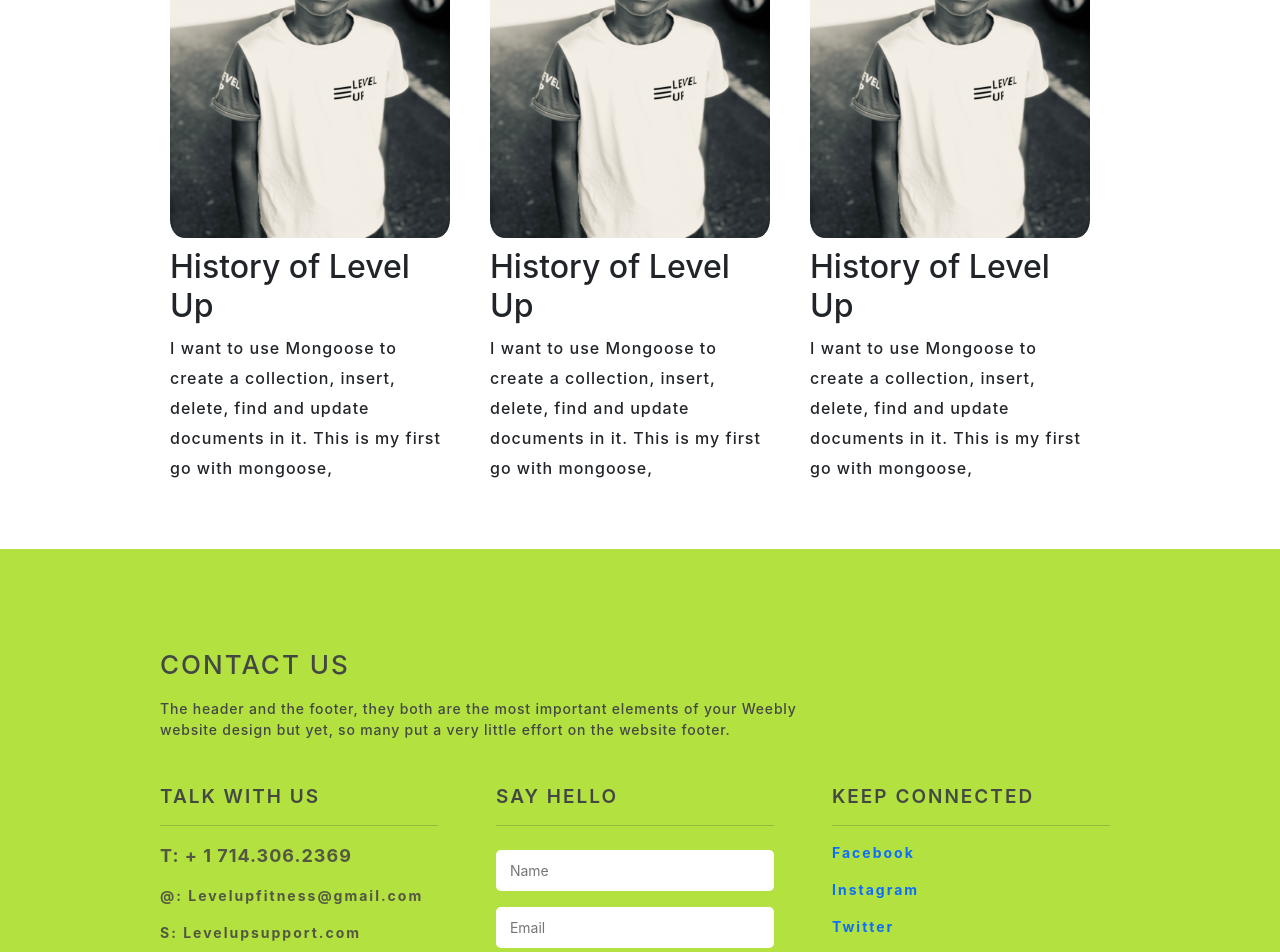
Repository: Bojurie/Level-up
Page: /about (app in client/)
These files come from the project's save history. The page is drawn as it stood at one moment and after the next save; the edit follows.
The browser window is 1280 px wide. The pictures show the part of the page from y = 615 to 1567 px (the page is 1921 px tall before and 1865 px after).
Some web fonts or font styles are not loaded; a fallback is used. Some web libraries are served in a nearby version. The project was rebuilt for these pictures with package versions that can differ from the ones it lists, and the page was loaded fresh each time. Also part of the build but not shown: client/src/components/Carousel.js, client/src/components/HomeVlog.css, client/src/components/HomeVlog.js, client/src/components/homeProducts.css, client/src/components/HomeProducts.js, client/src/components/Card.js, client/src/components/HomeShop.css, client/src/components/HomeShop.js and 10 more. Imported but missing from the stored project, and not drawn on this page: client/src/components/Chart.

Above is the page before, as saved 2022-11-30 16:08:28.

After the next save:
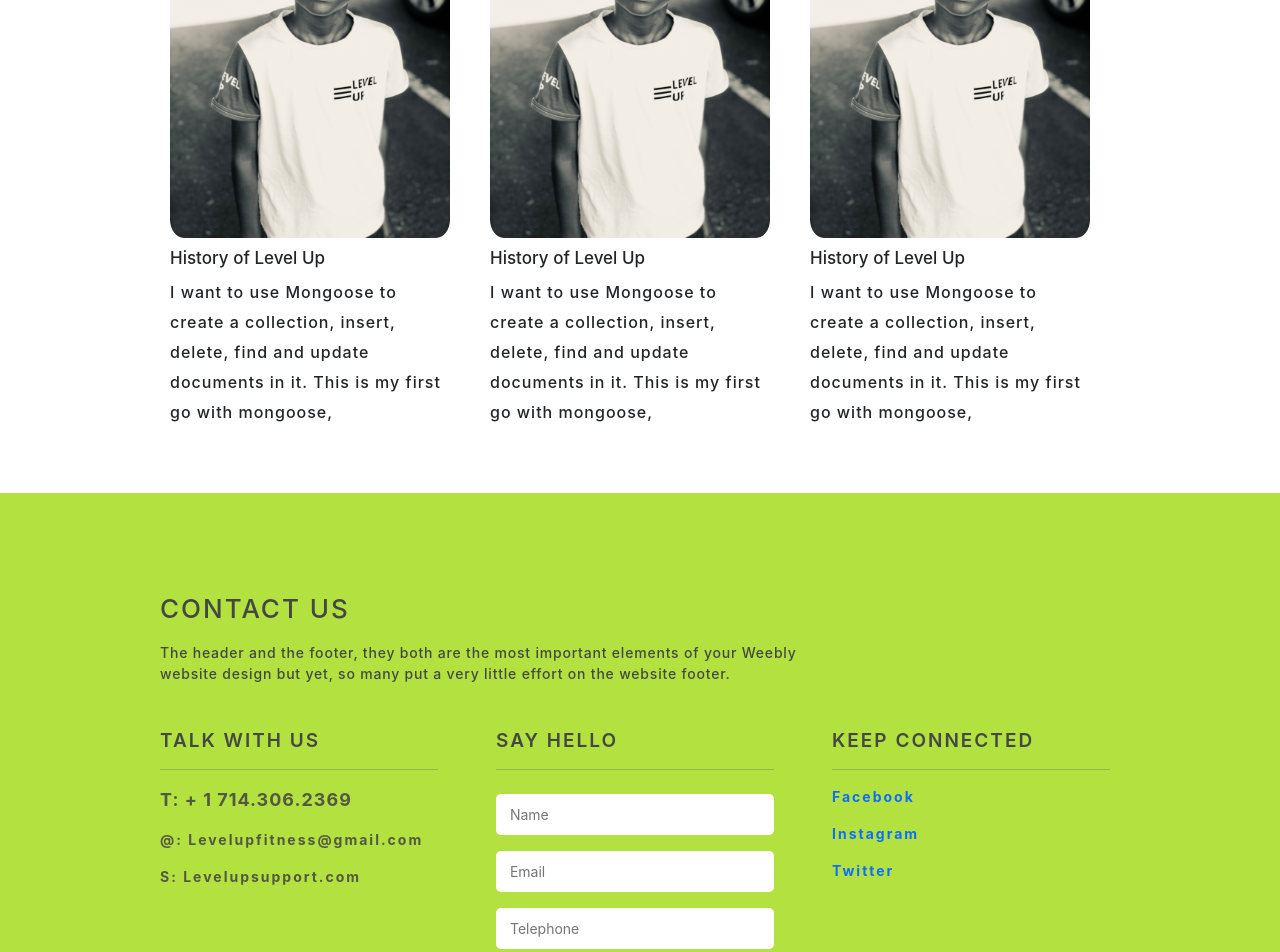
Saved 19 s later.
--- a/client/src/pages/About.css
+++ b/client/src/pages/About.css
@@ -40,6 +40,6 @@
 .history-content {
   padding: 10px 0;
 }
-.history-content h1{
+.history-content h2{
   font-size: 17px;
 }

After the save that followed:
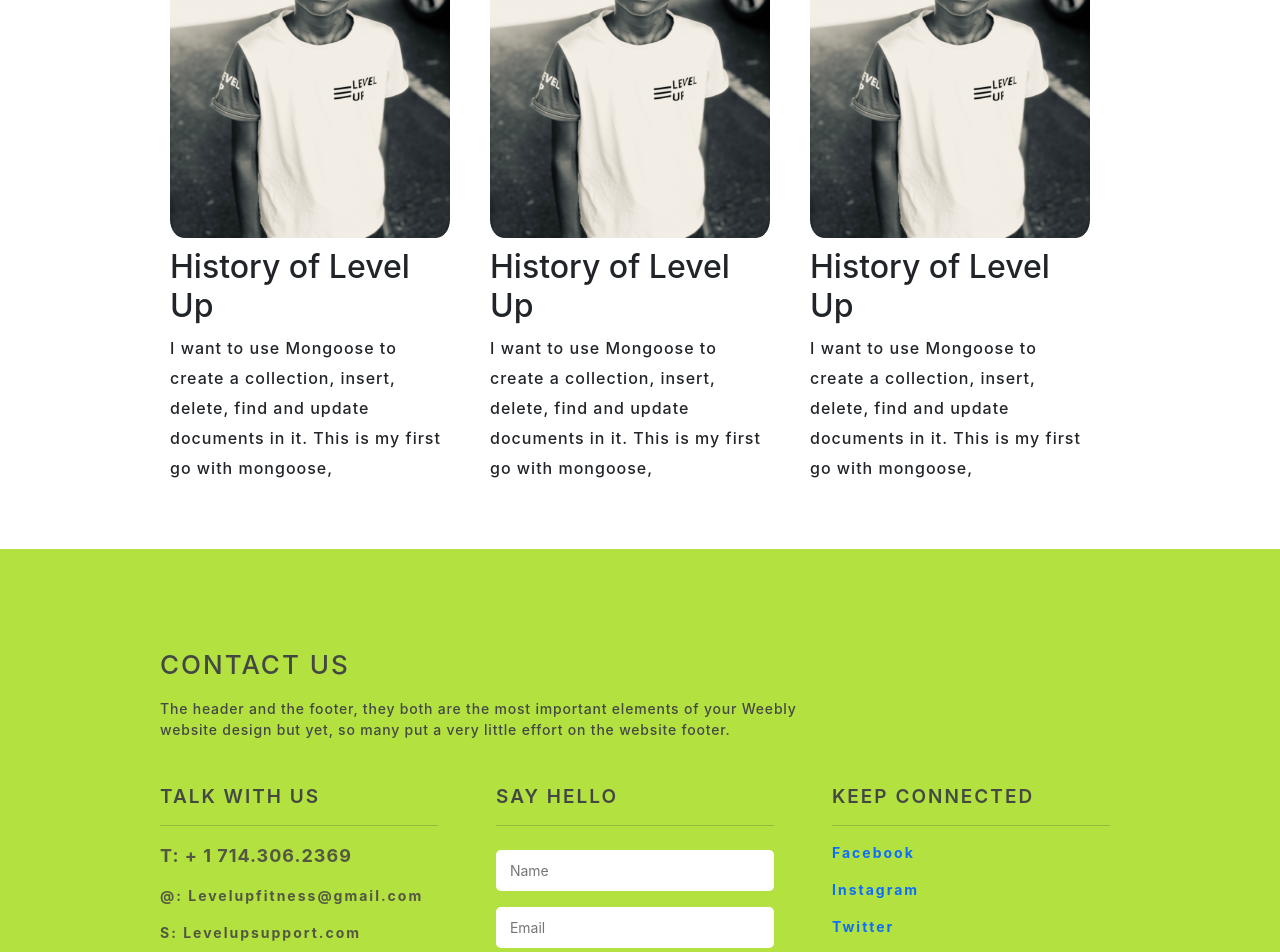
Saved 12 s later.
--- a/client/src/pages/About.css
+++ b/client/src/pages/About.css
@@ -40,6 +40,6 @@
 .history-content {
   padding: 10px 0;
 }
-.history-content h2{
+.history-content h1{
   font-size: 17px;
 }
